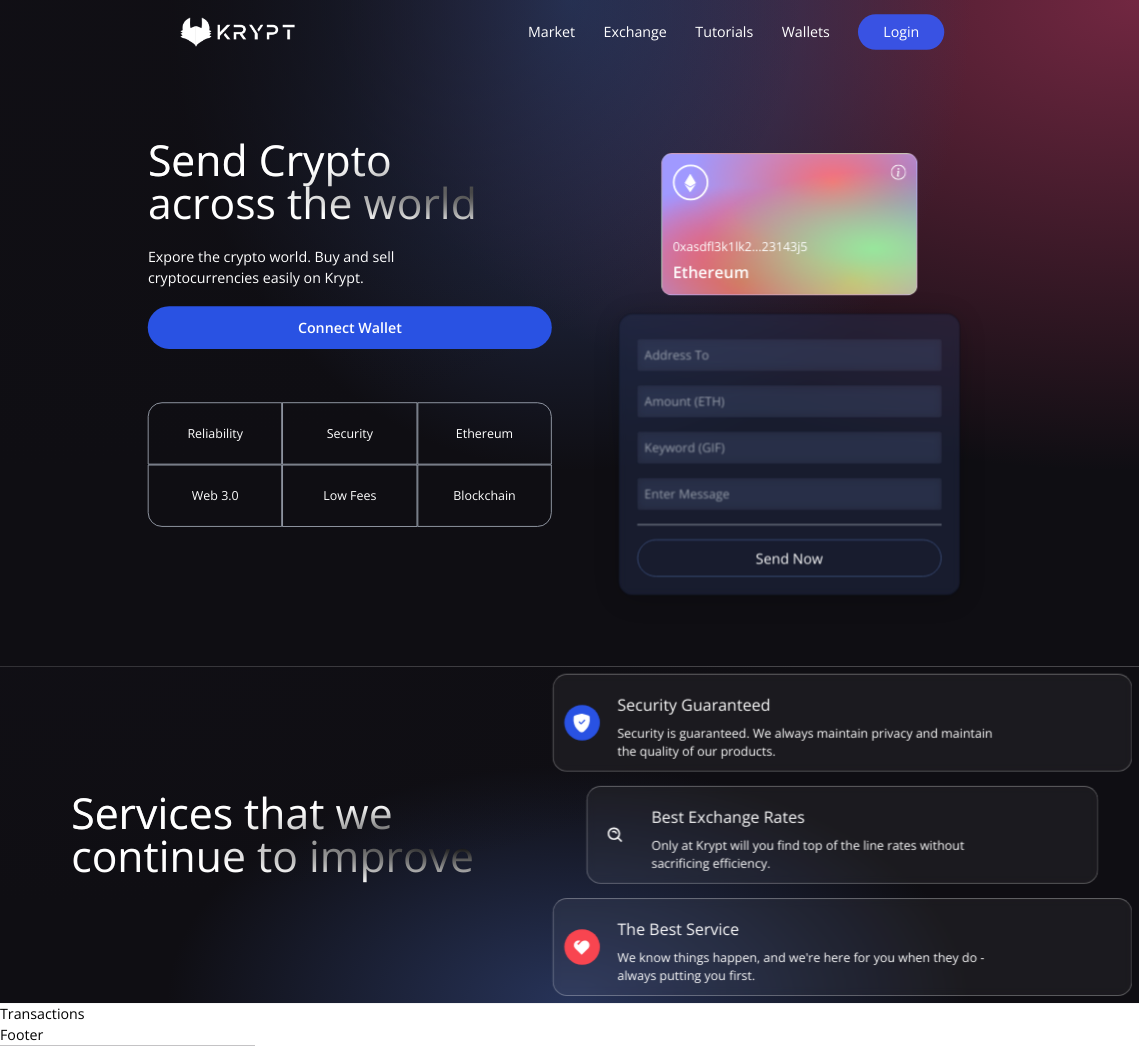
Repository: stephan-chiorean/krypt
Page: / (app in client/)
These files come from the project's save history. The page is drawn as it stood at one moment and after the next save; the edit follows.
The browser window is 1280 px wide. The pictures show the whole page, at 89% of full size.
The project was rebuilt for these pictures with package versions that can differ from the ones it lists, and the page was loaded fresh each time. Also part of the build but not shown: client/vite.config.js, client/src/components/Loader.jsx.

Above is the page before, as saved 2023-03-29 19:18:24.

After the next save:
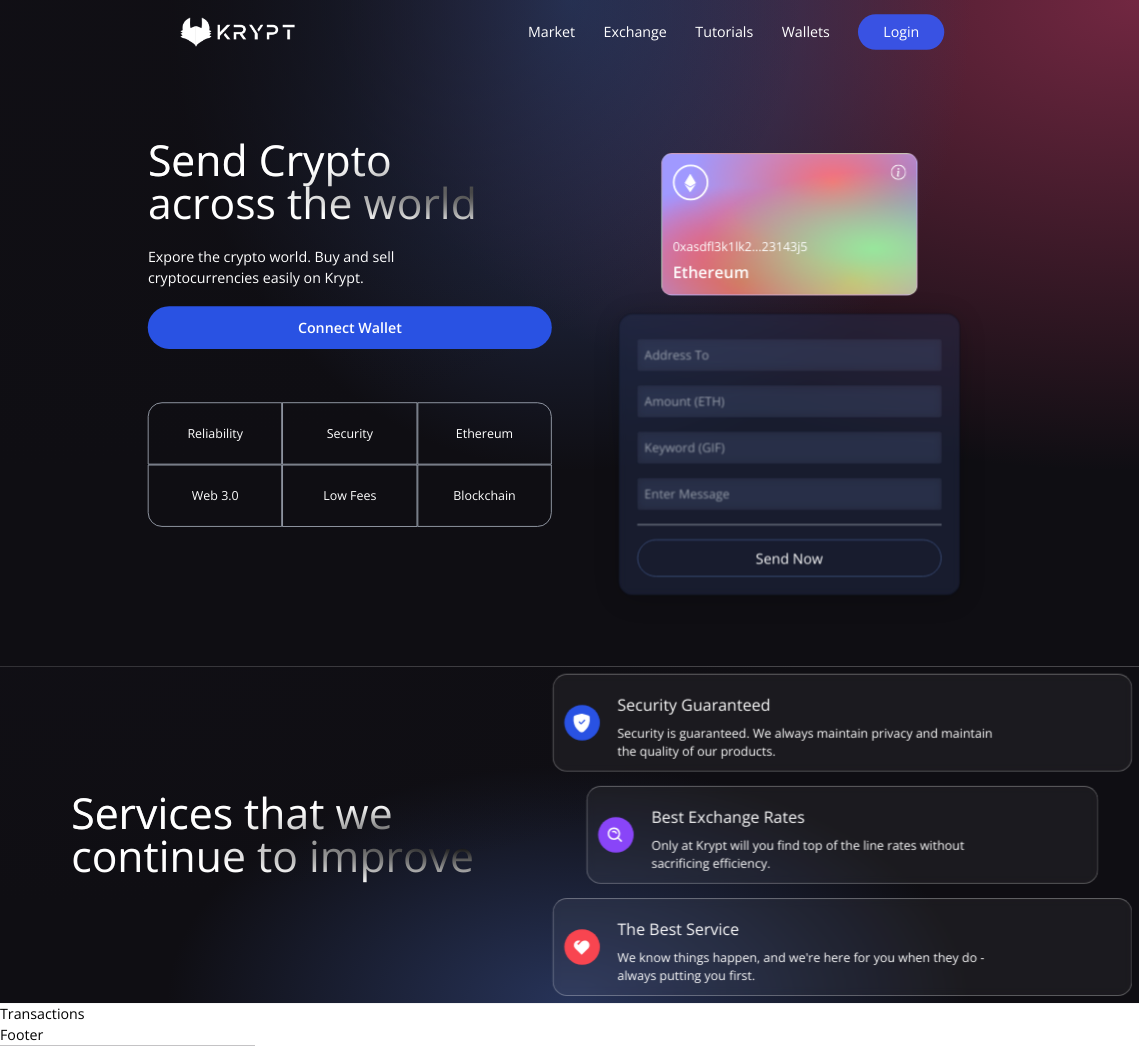
Saved 70 s later.
--- a/client/src/components/Services.jsx
+++ b/client/src/components/Services.jsx
@@ -35,7 +35,7 @@ export default () => {
           subtitle="Security is guaranteed. We always maintain privacy and maintain the quality of our products."
         />
         <ServiceCard
-          color='bg-[#89845f8]'
+          color='bg-[#8945f8]'
           title='Best Exchange Rates'
           icon={<BiSearchAlt fontSize={21} className='text-white' />}
           subtitle="Only at Krypt will you find top of the line rates without sacrificing efficiency."
